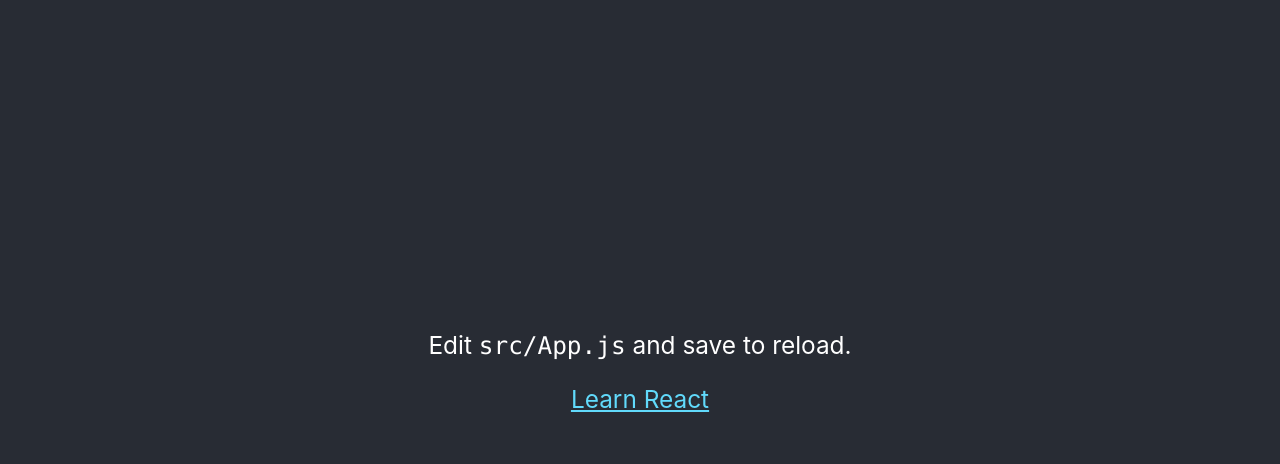
Repository: RahmanRakib9/TwentyOne
Page: /
The author's editor kept a copy of each file at every save. The page is drawn from the files as they stood at one save, then again after a run of saves.
The browser window is 1280 px wide. The pictures show the whole page.
The project was rebuilt for these pictures with package versions that can differ from the ones it lists, and the page was loaded fresh each time.

Above is the page before, as saved 2022-10-07 23:25:45.

After the next 3 saves:
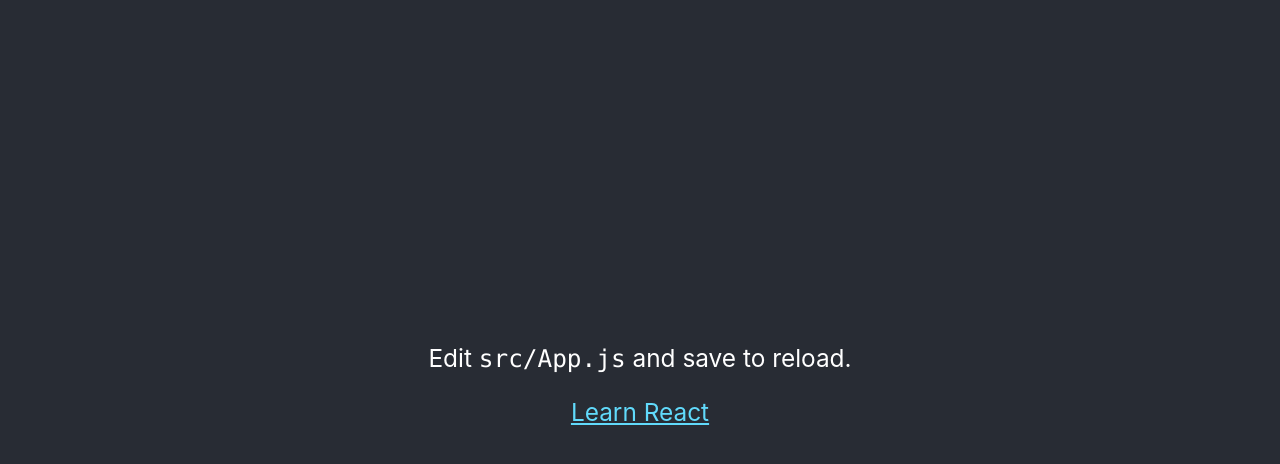
The 3 saves are shown as one change because they came seconds apart.
The last was saved 13 s later.
--- a/src/App.js
+++ b/src/App.js
@@ -6,7 +6,7 @@ function App() {
     <div className="App">
       <header className="App-header">
         {/* <img src={logo} className="App-logo" alt="logo" /> */}
-        <span style={{borderRadius:"50%",backgroundColor:"white"}}></span>
+        <span style={{borderRadius:"50%",backgroundColor:"white",height:"25px"}}></span>
         <p>
           Edit <code>src/App.js</code> and save to reload.
         </p>
